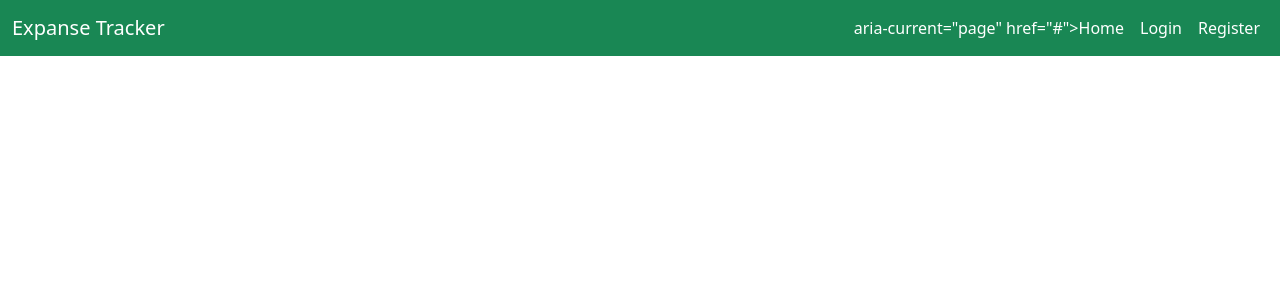
Repository: Hashim-Ansari-82/Java_Project
Page: http://localhost/Online_Expanse_Tracker/
An editor plug-in stored every save of this project. The page is shown before and after the next save, followed by the edit.
The browser window is 1280 px wide. The pictures show the whole page.
Some web libraries are served in a nearby version. The page is served by Tomcat 9.

Above is the page before, as saved 2026-05-25 04:44:06.

After the next save:
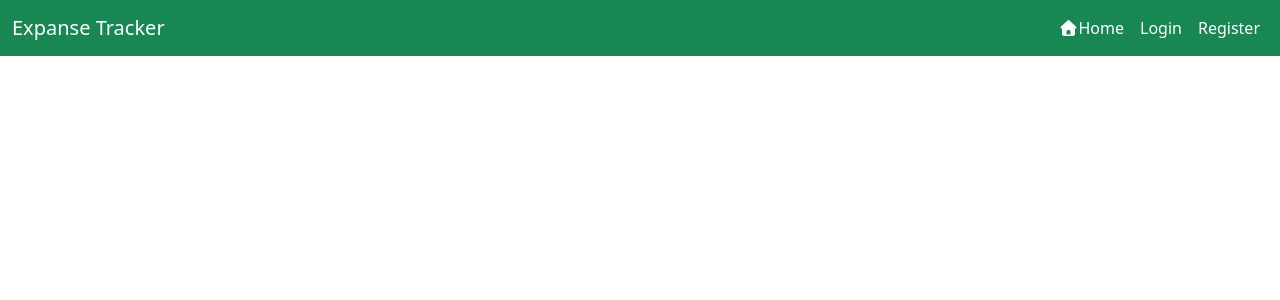
Saved 56 s later.
--- a/Online_Expanse_Tracker/src/main/webapp/index.jsp
+++ b/Online_Expanse_Tracker/src/main/webapp/index.jsp
@@ -29,8 +29,8 @@
 			</button>
 			<div class="collapse navbar-collapse" id="navbarSupportedContent">
 				<ul class="navbar-nav ms-auto mb-2 mb-lg-0">
-					<li class="nav-item"><a class="nav-link active"  class="fa-solid fa-house">
-						aria-current="page" href="#">Home</a></li>
+					<li class="nav-item"><a class="nav-link active"
+						aria-current="page" href="#"><i class="fa-solid fa-house"></i>Home</a></li>
 					<li class="nav-item"><a class="nav-link active" href="#">Login</a></li>
 					<li class="nav-item"><a class="nav-link active" href="#">Register</a></li>
 				</ul>
